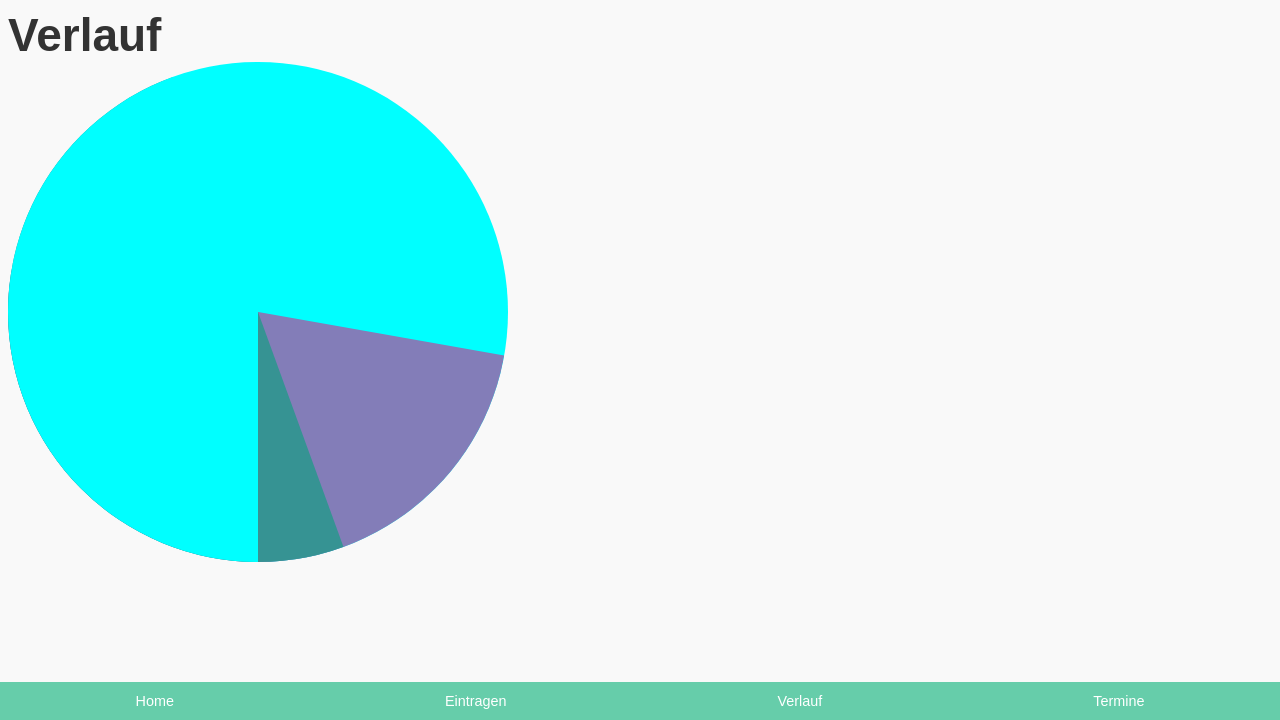
Repository: jakemoes/Pet-Tracker
Page: PWA/trend.html
These files come from the project's save history. The page is drawn as it stood at one moment and after the next save; the edit follows.
The browser window is 1280 px wide. The pictures show the whole page.

Above is the page before, as saved 2024-12-05 01:23:51.

### PWA/trend.html
<!DOCTYPE html>
<html>
    <head>
        <meta charset="UTF-8">
        <meta name="viewport" content="width=device-width, initial-scale=1.0">
        <title>Verlauf</title>
        <link rel="stylesheet" href="trend.css">
    </head>

    </head>

    <body>
        <h1>Verlauf</h1>

        <div class="container">
            <div class="layer"></div>
            <div class="layer"></div>
            <div class="layer"></div>
            <div class="layer"></div>
        </div>


        <footer>
            <nav>
                <ul class="nav-bar">
                    <li><a href="welcome.html">Home</a></li>
                    <li><a href="#">Eintragen</a></li>
                    <li><a href="trend.html">Verlauf</a></li>
                    <li><a href="appointment.html">Termine</a></li>
                </ul>
            </nav>
        </footer>
    </body>




</html>

### PWA/trend.css

body {
    font-family: Arial, sans-serif;
    padding: 0;
    background-color: #f9f9f9;
    overflow: hidden;
}


.container {
    position: relative;
    width: 500px;
    height: 500px;
    background-color: transparent;
    border-radius: 50%;
    overflow: hidden;
}


h1 {
    position: relative;
    font-size: 46px;
    text-align: left;
    margin: 0; /* Abstand entfernen */
    color: #333;
}

.layer {
    position: absolute;
    width: 100%;
    height: 100%;
    transform-origin: 0px 250px;
    left: 0;
    top: 0;
    overflow: hidden;
}

.layer::before {
    content: "";
    width: 100%;
    height: 100%;
    position: absolute;
    background-color: transparent;
    transform-origin: 0px 250px;
    top: 0;
    left: 0;
}
 .layer:nth-child(1) {
    background-color: aqua;
    transform: translateX(250px) rotate(0deg);
 }

 .layer:nth-child(1)::before {
    transform: rotate(100deg);
 }

 .layer:nth-child(2) {
    background-color: rgb(131, 125, 184);
    transform: translateX(250px) rotate(100deg);
 }

 .layer:nth-child(2)::before {
    transform: rotate(160deg);
 }

 .layer:nth-child(3) {
    background-color: rgb(54, 147, 147);
    transform: translateX(250px) rotate(160deg);
 }

 .layer:nth-child(3)::before {
    transform: rotate(180deg);
 }

 .layer:nth-child(4) {
    background-color: aqua;
    transform: translateX(250px) rotate(180deg);
 }

 .layer:nth-child(4)::before {
    transform: rotate(20deg);
 }

 footer {
    position: fixed;
    bottom: 0;
    width: 100%;
    background-color: #66cdaa;
    padding: 10px 0;
    box-shadow: 0 -1px 5px rgba(0, 0, 0, 0.1);
}


.nav-bar {
    position: fixed;
    bottom: 0;
    left: 0;
    width: 100%; /* Volle Breite des Bildschirms */
    background-color: #66cdaa; /* Sicherstellen, dass die Farbe gesetzt ist */
    display: flex;
    justify-content: space-around;
    list-style: none;
    margin: 0; /* Kein Außenabstand */
    padding: 10px 0; /* Innenabstand */
    z-index: 10;
}

.nav-bar li {
    text-align: center;
}

.nav-bar a {
    text-decoration: none;
    color: white;
    font-size: 0.9em;
}

.nav-bar a:hover {
    text-decoration: underline;
}

After the next save:
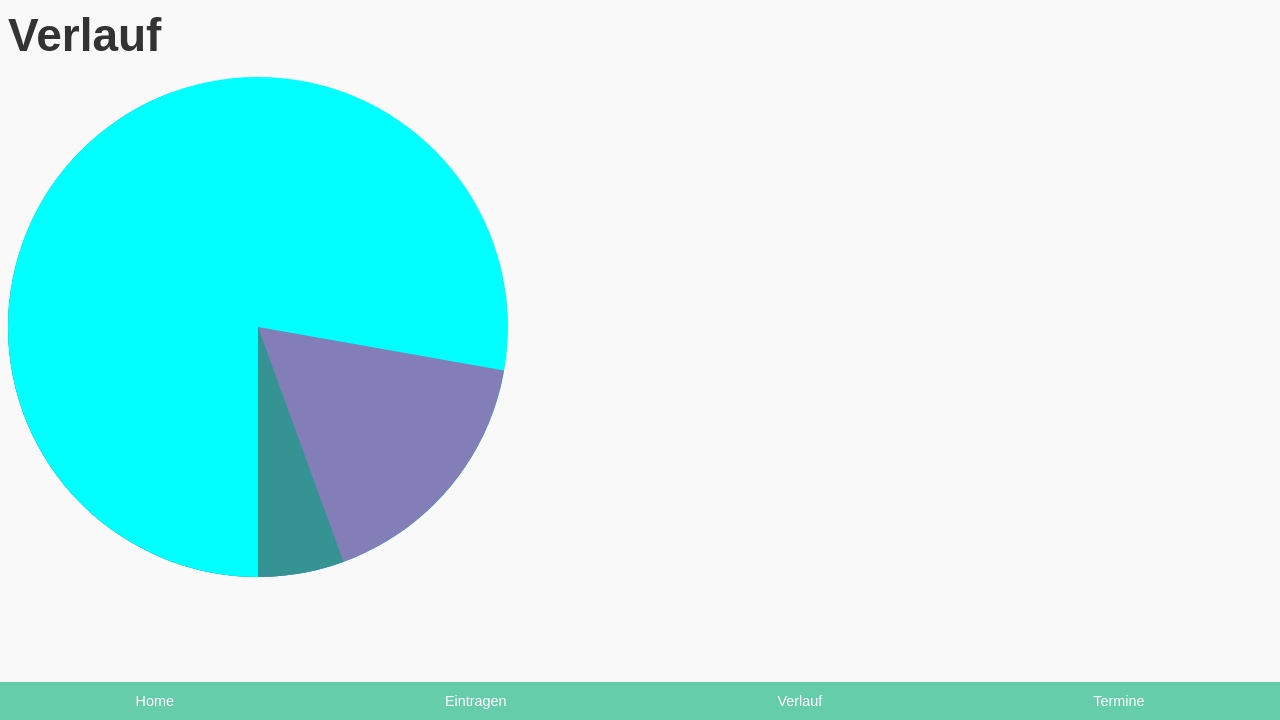
Saved 46 s later.
--- a/PWA/trend.css
+++ b/PWA/trend.css
@@ -6,6 +6,17 @@ body {
     overflow: hidden;
 }
 
+
+
+.container {
+    margin-top: 15px;
+    display: flex; /* Enable flexbox */
+    flex-direction: column; /* Arrange items vertically */
+    justify-content: flex-start; /* Start items from the top */
+    padding: 15px; /* Padding inside the container */
+    width: 100%;
+    box-sizing: border-box;
+}
 
 .container {
     position: relative;
